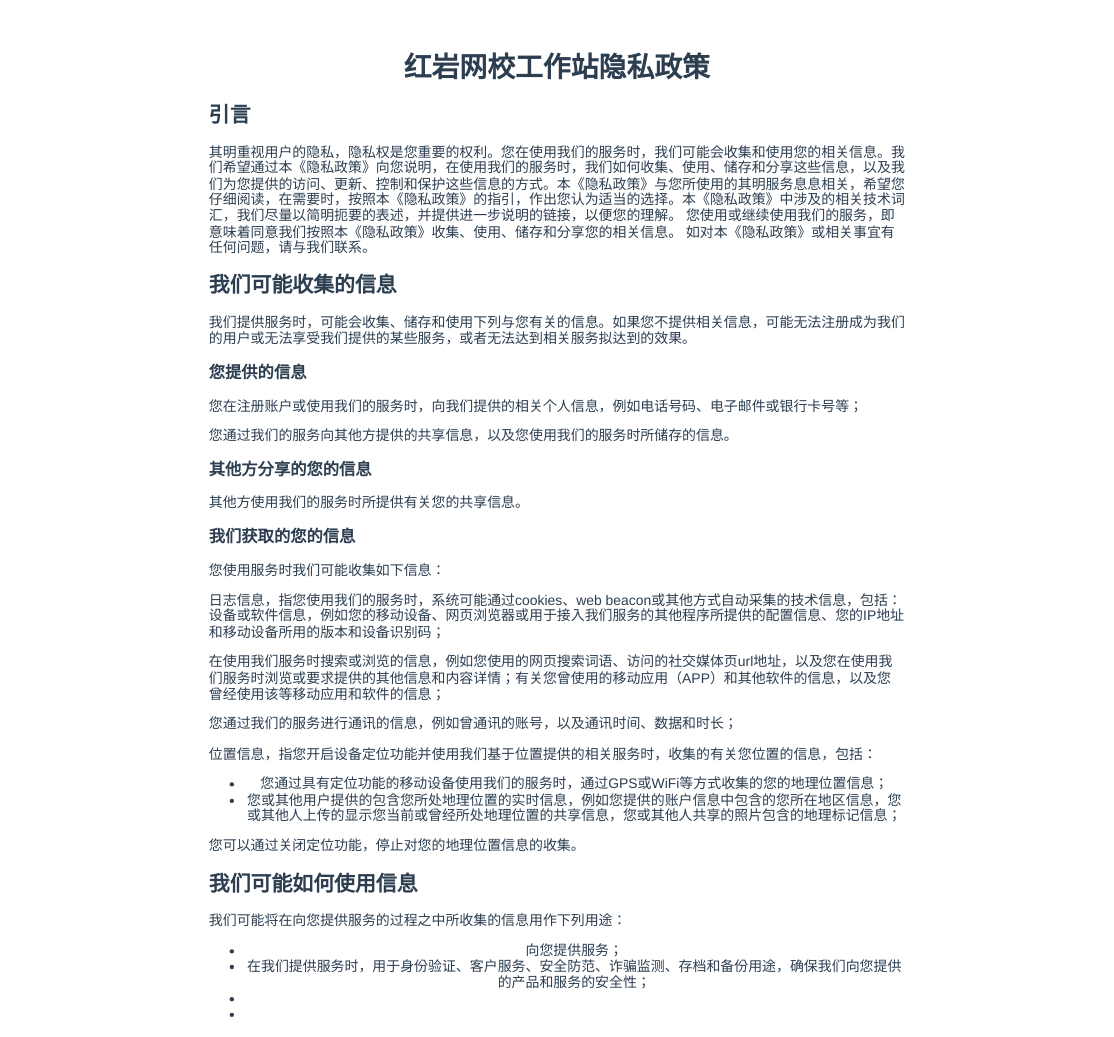
Repository: zl-mdc/privacy-policy
Page: /
The author's editor kept a copy of each file at every save. The page is drawn from the files as they stood at one save, then again after a run of saves.
The browser window is 1280 px wide. The pictures show the whole page, at 87% of full size.
The project was rebuilt for these pictures with package versions that can differ from the ones it lists, and the page was loaded fresh each time.

Above is the page before, as saved 2020-09-17 15:41:10.

### src/main.js
import Vue from 'vue'
import App from './App.vue'
import 'normalize.css'

Vue.config.productionTip = false

new Vue({
  render: h => h(App),
}).$mount('#app')

### src/App.vue
<template>
  <div id="app">
    <Info />
  </div>
</template>

<script>
import Info from './components/Info';

export default {
  name: 'App',
  components: {
    Info
  }
}
</script>

<style>
#app {
  font-family: Avenir, Helvetica, Arial, sans-serif;
  -webkit-font-smoothing: antialiased;
  -moz-osx-font-smoothing: grayscale;
  text-align: center;
  color: #2c3e50;
  margin-top: 60px;
}
</style>

### src/components/Info.vue
<!--
 * @Author: Code_Master
 * @Date: 2020-09-17 15:00:51
 * @LastEditTime: 2020-09-17 15:41:10
 * @LastEditors: Code_Master
 * @FilePath: /privacy-policy/src/components/Info.vue
 * @Description: The first 90% of the code accounts for the first 90% of the development time. The remaining 10% of the code accounts for the other 90% of the development time.
-->
<template>
    <div id="info">
          <h1>红岩网校工作站隐私政策</h1>

          <h2>引言</h2>
          <p><span></span>其明重视用户的隐私，隐私权是您重要的权利。您在使用我们的服务时，我们可能会收集和使用您的相关信息。我们希望通过本《隐私政策》向您说明，在使用我们的服务时，我们如何收集、使用、储存和分享这些信息，以及我们为您提供的访问、更新、控制和保护这些信息的方式。本《隐私政策》与您所使用的其明服务息息相关，希望您仔细阅读，在需要时，按照本《隐私政策》的指引，作出您认为适当的选择。本《隐私政策》中涉及的相关技术词汇，我们尽量以简明扼要的表述，并提供进一步说明的链接，以便您的理解。 您使用或继续使用我们的服务，即意味着同意我们按照本《隐私政策》收集、使用、储存和分享您的相关信息。 如对本《隐私政策》或相关事宜有任何问题，请与我们联系。 </p>

          <h2>我们可能收集的信息</h2>
          <p>我们提供服务时，可能会收集、储存和使用下列与您有关的信息。如果您不提供相关信息，可能无法注册成为我们的用户或无法享受我们提供的某些服务，或者无法达到相关服务拟达到的效果。</p>
          <h3>您提供的信息</h3>
          <p>您在注册账户或使用我们的服务时，向我们提供的相关个人信息，例如电话号码、电子邮件或银行卡号等；</p>
          <p>您通过我们的服务向其他方提供的共享信息，以及您使用我们的服务时所储存的信息。</p>
          <h3>其他方分享的您的信息</h3>
          <p>其他方使用我们的服务时所提供有关您的共享信息。</p>
          <h3>我们获取的您的信息</h3>
          <p>您使用服务时我们可能收集如下信息：</p>
          <p>日志信息，指您使用我们的服务时，系统可能通过cookies、web beacon或其他方式自动采集的技术信息，包括：设备或软件信息，例如您的移动设备、网页浏览器或用于接入我们服务的其他程序所提供的配置信息、您的IP地址和移动设备所用的版本和设备识别码；</p>
          <p>在使用我们服务时搜索或浏览的信息，例如您使用的网页搜索词语、访问的社交媒体页url地址，以及您在使用我们服务时浏览或要求提供的其他信息和内容详情；有关您曾使用的移动应用（APP）和其他软件的信息，以及您曾经使用该等移动应用和软件的信息；</p>
          <p>您通过我们的服务进行通讯的信息，例如曾通讯的账号，以及通讯时间、数据和时长；</p>
          <p>位置信息，指您开启设备定位功能并使用我们基于位置提供的相关服务时，收集的有关您位置的信息，包括：</p>
          <ul>
              <li>您通过具有定位功能的移动设备使用我们的服务时，通过GPS或WiFi等方式收集的您的地理位置信息；</li>
              <li>您或其他用户提供的包含您所处地理位置的实时信息，例如您提供的账户信息中包含的您所在地区信息，您或其他人上传的显示您当前或曾经所处地理位置的共享信息，您或其他人共享的照片包含的地理标记信息；</li>
          </ul>
          <p>您可以通过关闭定位功能，停止对您的地理位置信息的收集。</p>

          <h2>我们可能如何使用信息</h2>
          <p>我们可能将在向您提供服务的过程之中所收集的信息用作下列用途：</p>
          <ul>
              <li>向您提供服务； </li>
              <li>在我们提供服务时，用于身份验证、客户服务、安全防范、诈骗监测、存档和备份用途，确保我们向您提供的产品和服务的安全性； </li>
              <li></li>
              <li></li>
          </ul>
    </div>
</template>

<script>
export default {
    name: "Info",
}
</script>

<style>
    #info {
        width: 800px;
        margin: 0 auto;
    }
    h2 {
        text-align: left;
    }
    p {
        text-align: left;
    }
    h3 {
        text-align: left;
    }
</style>

Loaded but not shown: public/index.html (common file)

After the next 2 saves:
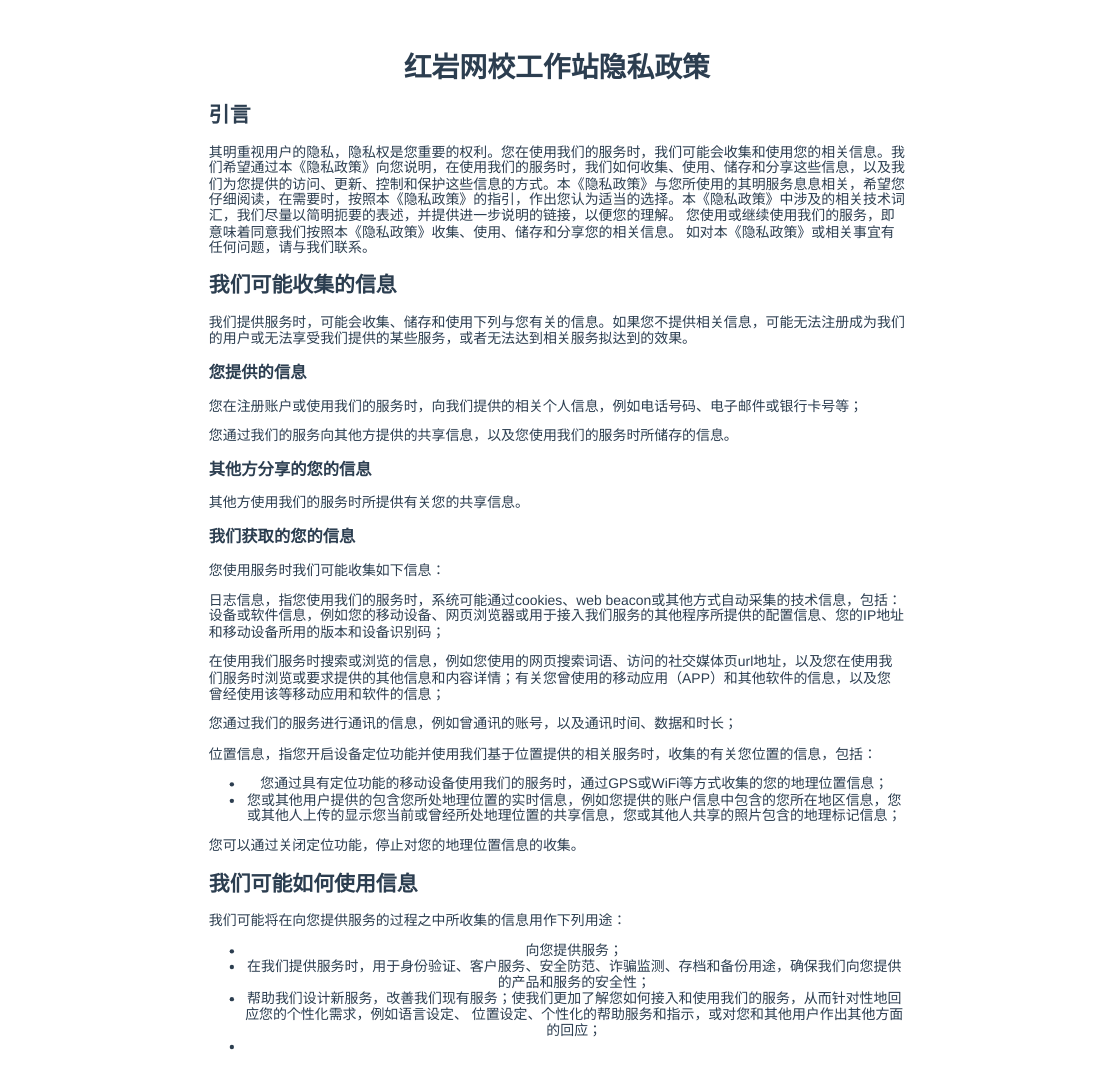
The 2 saves are shown as one change because they came seconds apart.
The last was saved 9 s later.
--- a/src/components/Info.vue
+++ b/src/components/Info.vue
@@ -1,7 +1,7 @@
 <!--
  * @Author: Code_Master
  * @Date: 2020-09-17 15:00:51
- * @LastEditTime: 2020-09-17 15:41:10
+ * @LastEditTime: 2020-09-17 15:41:18
  * @LastEditors: Code_Master
  * @FilePath: /privacy-policy/src/components/Info.vue
  * @Description: The first 90% of the code accounts for the first 90% of the development time. The remaining 10% of the code accounts for the other 90% of the development time.
@@ -37,7 +37,7 @@
           <ul>
               <li>向您提供服务； </li>
               <li>在我们提供服务时，用于身份验证、客户服务、安全防范、诈骗监测、存档和备份用途，确保我们向您提供的产品和服务的安全性； </li>
-              <li></li>
+              <li>帮助我们设计新服务，改善我们现有服务；使我们更加了解您如何接入和使用我们的服务，从而针对性地回应您的个性化需求，例如语言设定、 位置设定、个性化的帮助服务和指示，或对您和其他用户作出其他方面的回应；</li>
               <li></li>
           </ul>
     </div>
